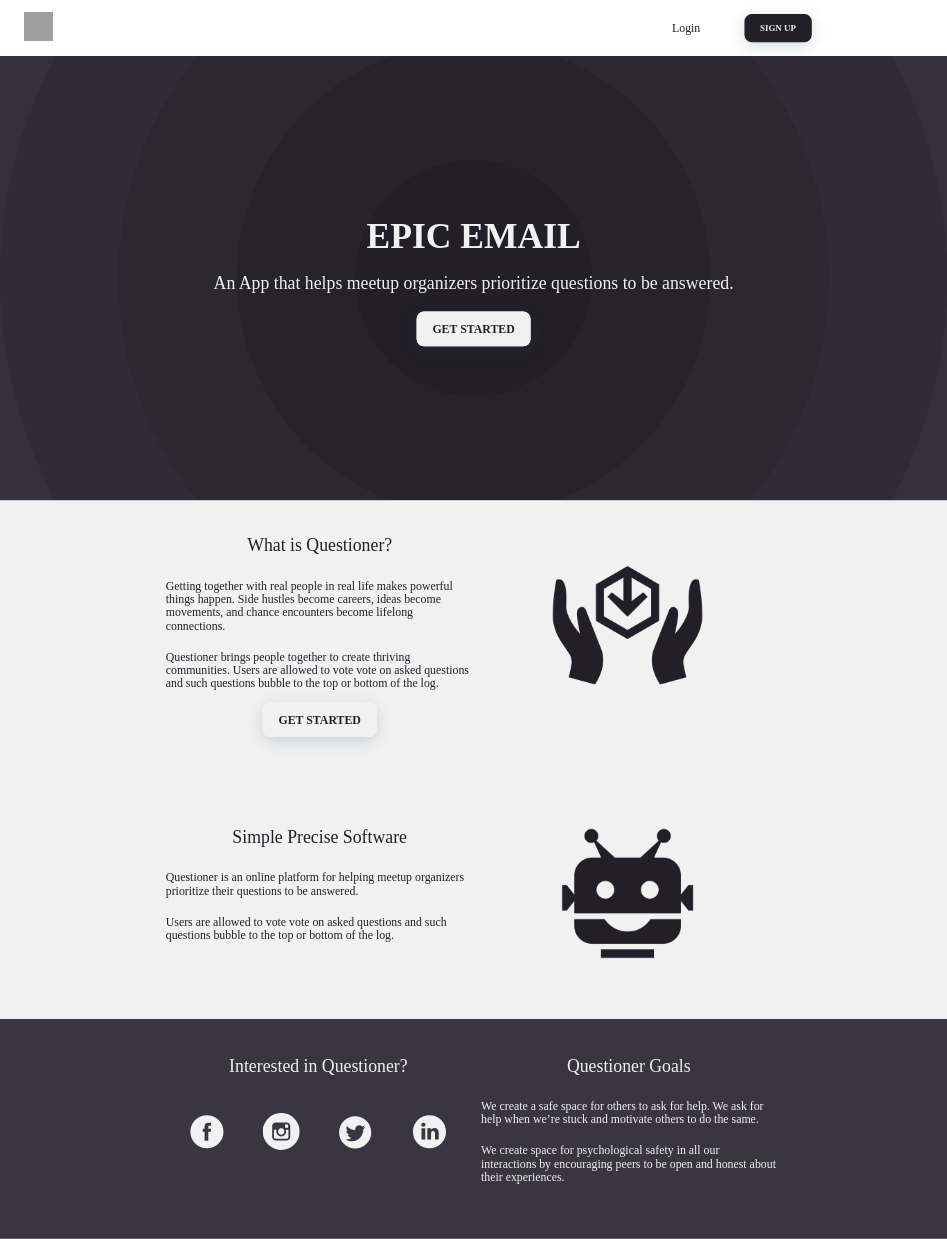
Repository: Gfreedoms/Epic-Mail
Page: index.html
The author's editor kept a copy of each file at every save. The page is drawn from the files as they stood at one save, then again after the next save.
The browser window is 1280 px wide. The pictures show the whole page, at 74% of full size.
Pictures or frames that could not be fetched are drawn as grey boxes. Backgrounds fixed to the window are drawn as part of the page. Some web fonts or font styles are not loaded; a fallback is used.

Above is the page before, as saved 2019-02-24 22:36:57.

After the next save:
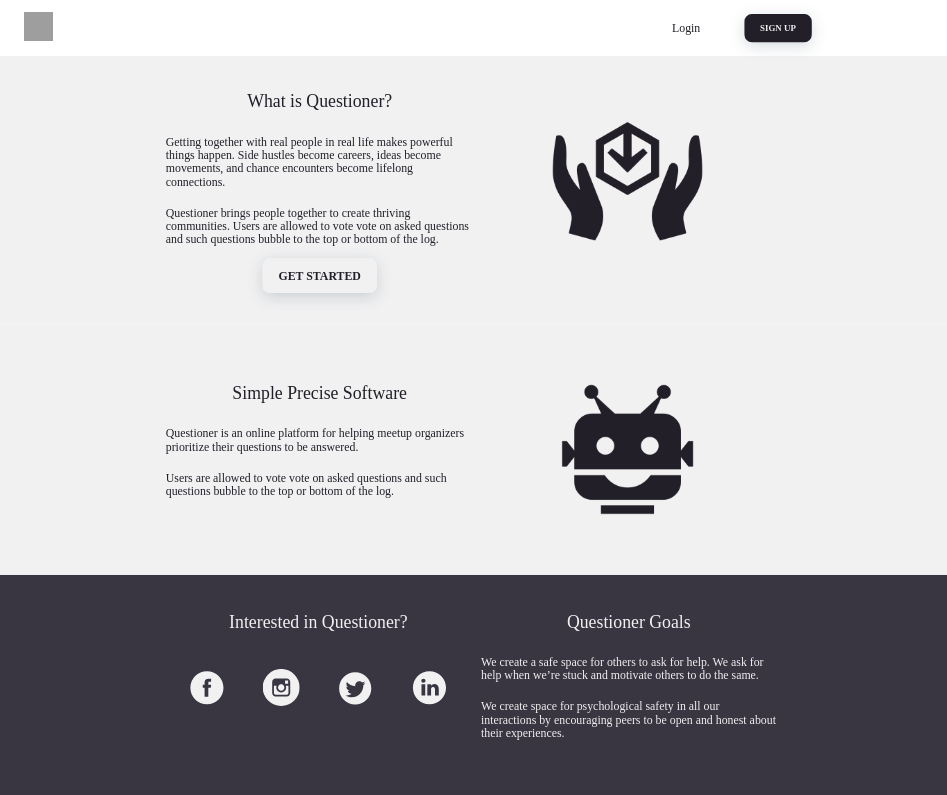
Saved 50 s later.
--- a/index.html
+++ b/index.html
@@ -42,15 +42,6 @@
 		<li><a href="./pages/register.html">Sign Up</a></li>
 	</ul>
 	<!-- End SideBar Nav -->
-	<!-- Hero Section -->
-	<section id="section-hero">
-		<div class="hero-text container t-al">
-			<h1 class="bg-text">EPIC EMAIL</h1>
-			<h3 class="md-text">An App that helps meetup organizers prioritize
-				questions to be answered.</h3>
-			<a href="./pages/register.html" class="cta-btn box-sh-dark">Get Started</a>
-		</div>
-	</section>
 	<!-- End Hero Section -->
 
 	<section class="info-section">
